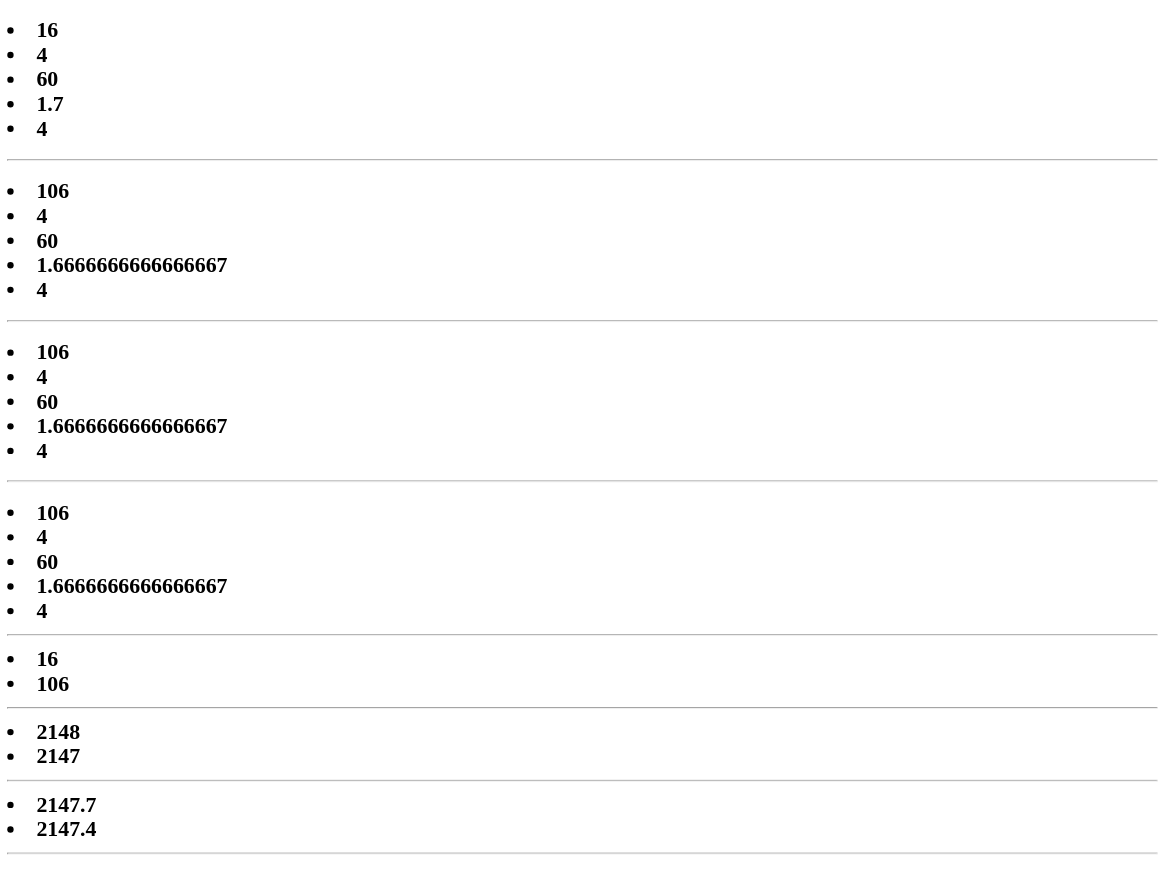
Repository: wjsjsn/23_webstudy
Page: 03_javascript/src/main/webapp/day03/Ex01_number.html
An editor plug-in stored every save of this project. The page is shown before and after the next save, followed by the edit.
The browser window is 1280 px wide. The pictures show the whole page, at 91% of full size.

Above is the page before, as saved 2023-06-29 01:24:44.

After the next save:
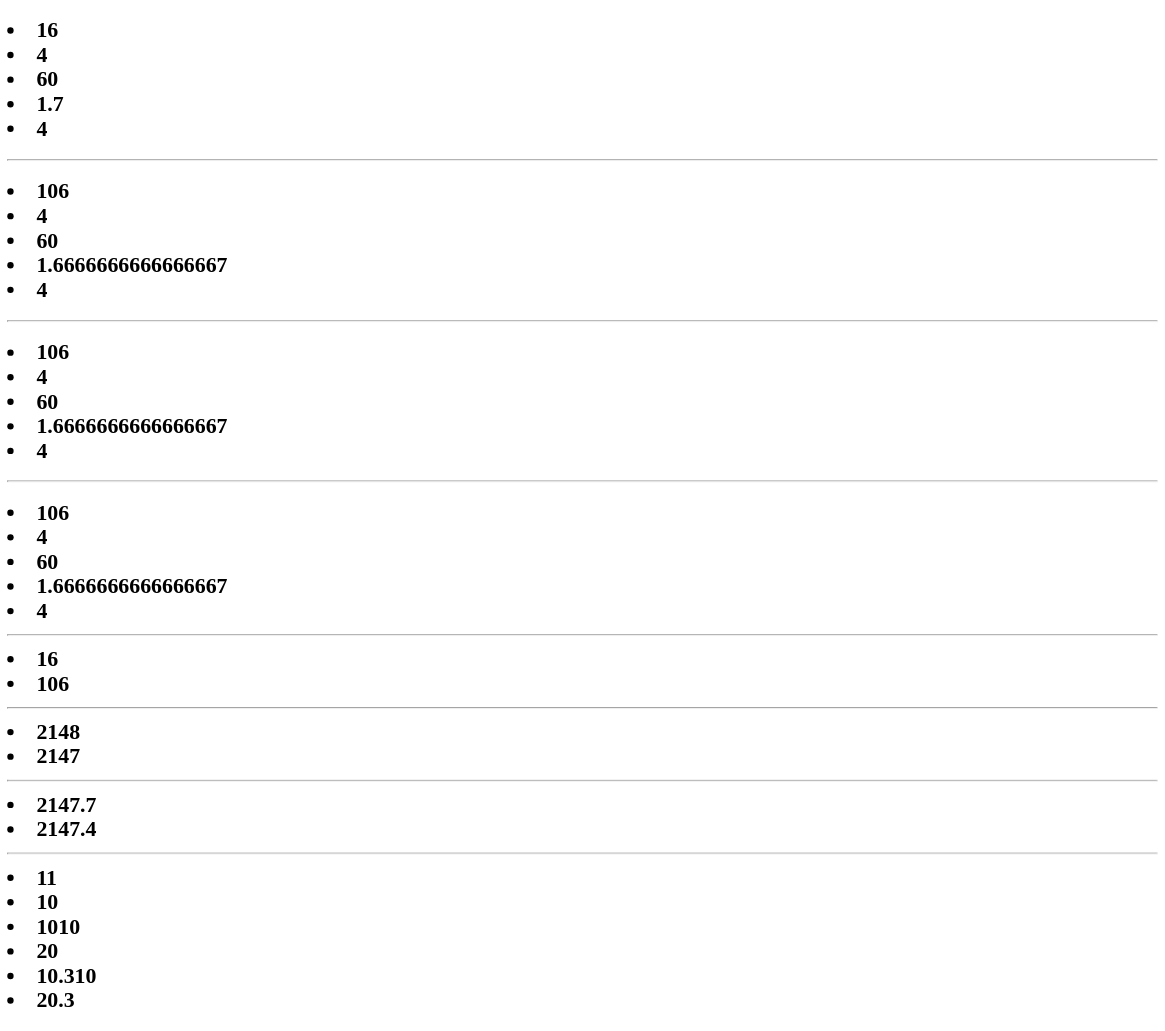
Saved 17 min 36 s later.
--- a/03_javascript/src/main/webapp/day03/Ex01_number.html
+++ b/03_javascript/src/main/webapp/day03/Ex01_number.html
@@ -71,6 +71,16 @@
 	document.write("<li>" + s2.toFixed(1) + "</li>"); // 2147.4
 	document.write("<hr>")
 
+	// 문자열을 숫자로 변환 : Number, ParseInt, parseFloat
+	// NaN(Not a Number) : 숫자가 들어갈 자리에 숫자가 아닌 다른 값이 들어오면 표시되는 예약어
+	// isNaN : NaN을 확인하는 함수(NaN이면 true, 아니면 false)
+	document.write("<li>" + (Number(true) + 10) + "</li>");   // 11
+	document.write("<li>" + (Number(false) + 10) + "</li>");  // 10
+	document.write("<li>" + ("10" + 10) + "</li>");                  // 20
+	document.write("<li>" + (Number("10") + 10) + "</li>");    // 20
+	document.write("<li>" + ("10.3" + 10) + "</li>");               // 20.3
+	document.write("<li>" + (Number("10.3") + 10) + "</li>"); // 20.3
+
 	document.write("</h2>")
 
 </script>
